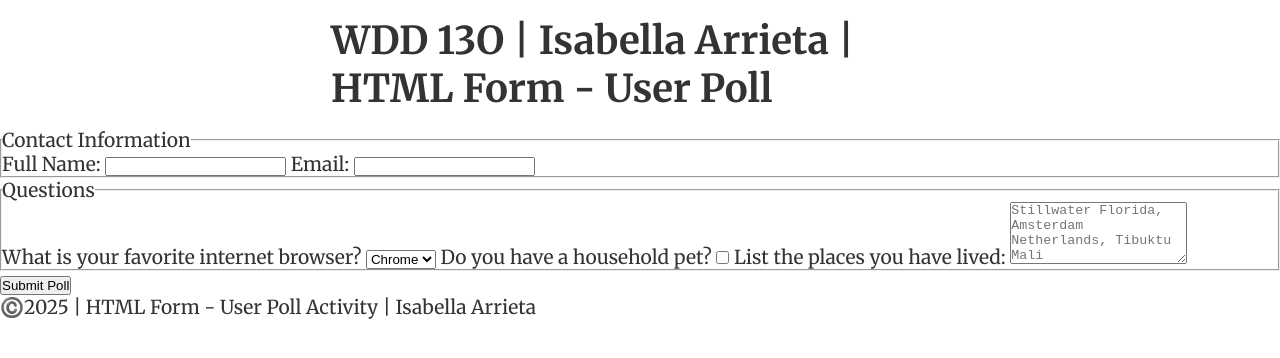
Repository: isaAJ05/wdd130
Page: week05/poll-form.html
These files come from the project's save history. The page is drawn as it stood at one moment and after a run of saves; the edit follows.
The browser window is 1280 px wide. The pictures show the whole page.

Above is the page before, as saved 2025-06-14 18:35:05.

### week05/poll-form.html
<!DOCTYPE html>
<html lang="en-us">
<head>
    <meta charset="UTF-8">
    <meta name="viewport" content="width=device-width, initial-scale=1.0">
    <title>WDD 130 | HTML Form - User Poll</title>
    <meta name="description" content="Poll form">
    <meta name="author" content="Isabella Arrieta">
    <link rel="stylesheet" href="styles/poll-form.css">
    <link rel="preconnect" href="https://fonts.googleapis.com">
    <link rel="preconnect" href="https://fonts.gstatic.com" crossorigin>
    <link href="https://fonts.googleapis.com/css2?family=Merriweather:wght@400;700&family=Roboto:wght@400;700&display=swap" rel="stylesheet">
</head>
<body>
    <header>
        <h1>WDD 13O | Isabella Arrieta | HTML Form - User Poll</h1>
    </header>
    <main>
        <form>
            <fieldset>
                <legend>Contact Information</legend>
                <label>Full Name: <input type="text" name="fullname"></label>
                <label>Email: <input type="email" id="useremail" name="useremail"></label>
            </fieldset>
            <fieldset>
                <legend>Questions</legend>
                <label for="browser">What is your favorite internet browser?</label>
                <select id="browser" name="browser">
                    <option value="chrome">Chrome</option>
                    <option value="firefox">Firefox</option>
                    <option value="safari">Safari</option>
                    <option value="edge">Edge</option>
                    <option value="brave">Brave</option>
                    <option value="other">Other</option>
                </select>
                <label for="pet">Do you have a household pet?</label>
                <input type="checkbox" id="pet" name="pet">
                <label for="feedback">List the places you have lived:</label>
                <textarea id="feedback" name="feedback" rows="4" placeholder="Stillwater Florida, Amsterdam Netherlands, Tibuktu Mali"></textarea>
            </fieldset>
            <button type="submit">Submit Poll</button>
        </form>
    </main>
    <footer>
        <p>©️2025 | HTML Form - User Poll Activity | Isabella Arrieta</p>

    </footer>
</body>
</html>

### week05/styles/poll-form.css
* {
    margin: 0;
    padding: 0;
    box-sizing: border-box;
}
body {
  font-family: Merriweather, Georgia, serif;
  font-size: 1.2em;
  color: #333;
  background: #fff;
}
header{
    margin: 0 auto;
    width: 650px;
}
h1{
    margin: 1rem;
    font-size
}

After the next 2 saves:
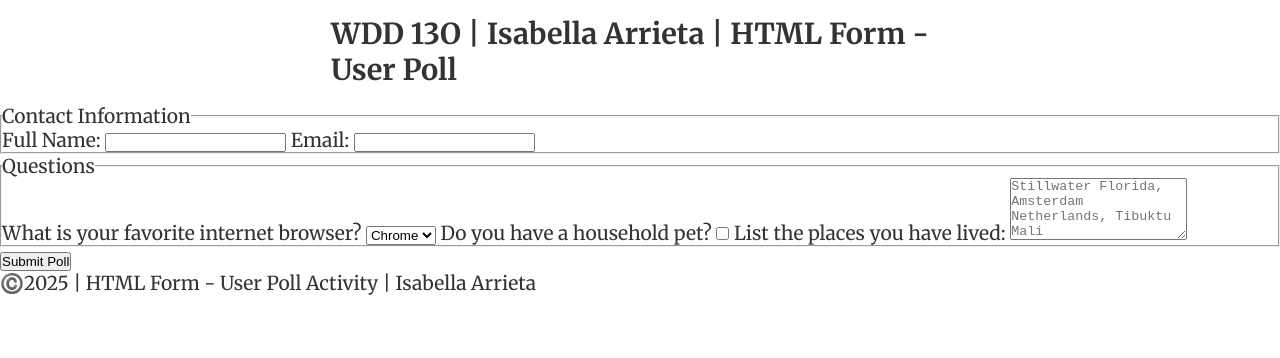
The 2 saves are shown as one change because they came seconds apart.
The last was saved 6 s later.
--- a/week05/styles/poll-form.css
+++ b/week05/styles/poll-form.css
@@ -15,5 +15,6 @@ header{
 }
 h1{
     margin: 1rem;
-    font-size
+    font-size: 1.5em;
+
 }
